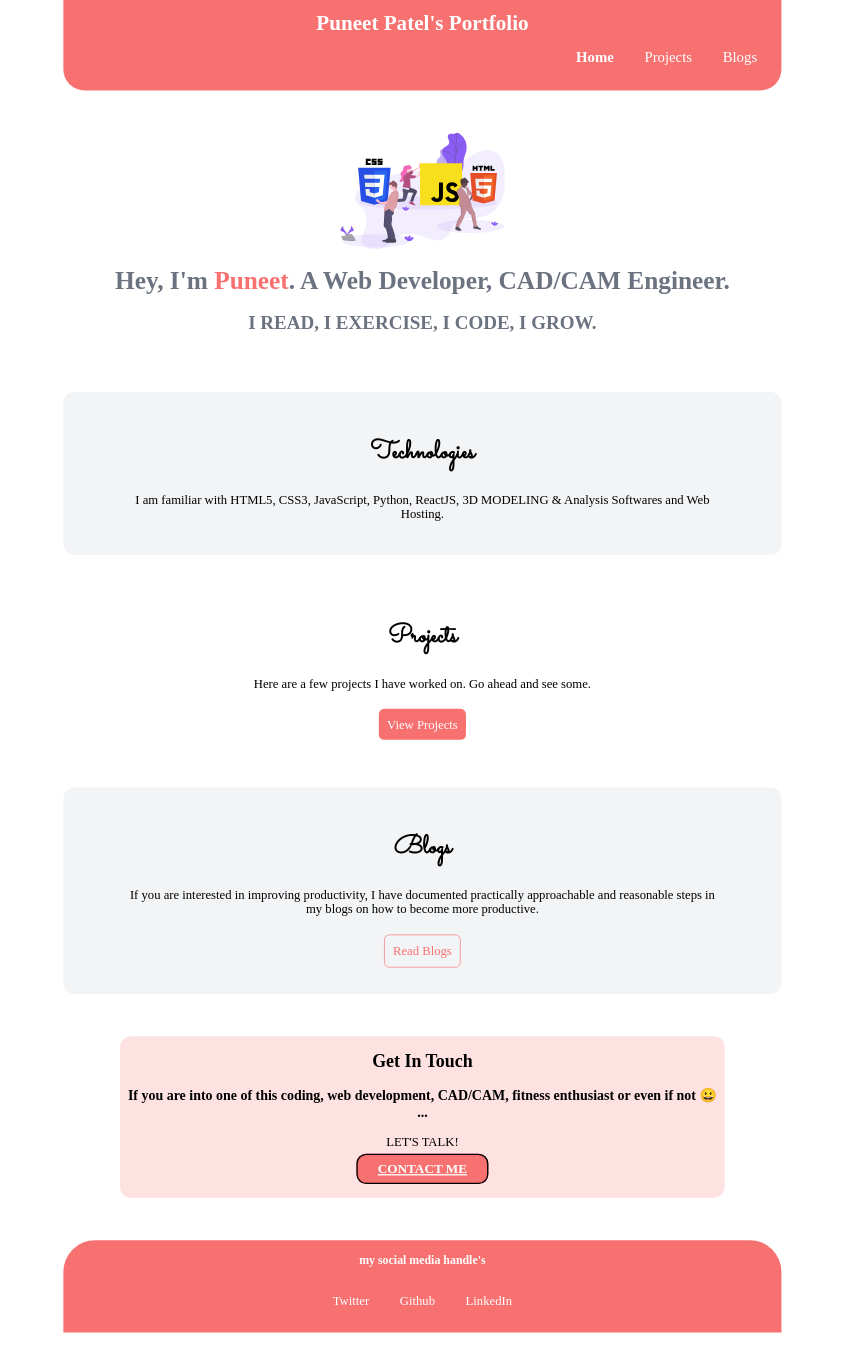
Repository: PuneetP16/Portfolio
Page: index.html
An editor plug-in stored every save of this project. The page is shown before and after the next save, followed by the edit.
The browser window is 1280 px wide. The pictures show the whole page, at 66% of full size.
Some web fonts or font styles are not loaded; a fallback is used.

Above is the page before, as saved 2021-12-10 10:53:30.

After the next save:
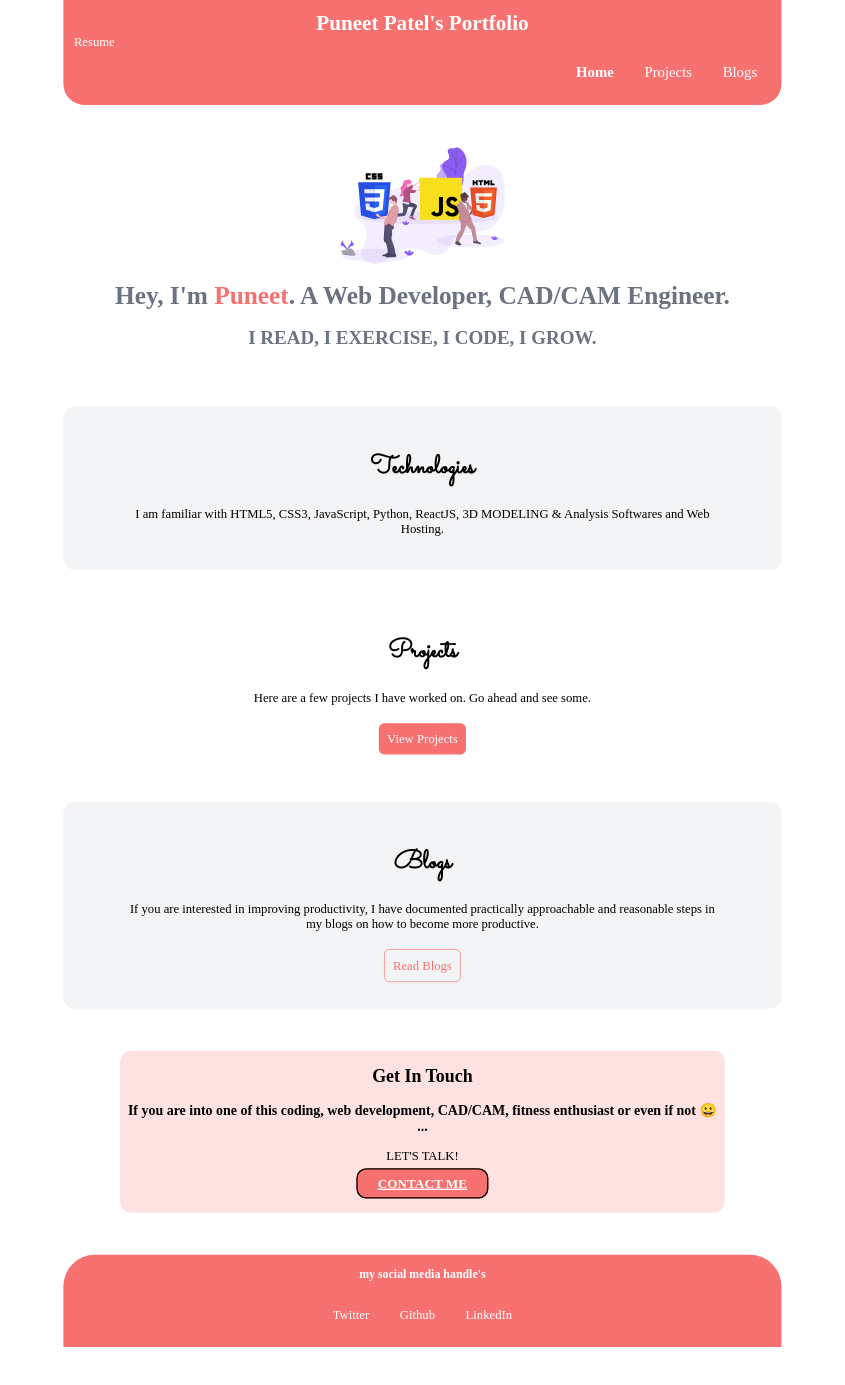
Saved 11 s later.
--- a/index.html
+++ b/index.html
@@ -16,6 +16,7 @@
     <div class="nav-head">
       <a class="link-without-decoration" href="/"> Puneet Patel's Portfolio </a>
     </div>
+    Resume
     <ul class="list-non-bullet nav-pills">
       <li class="list-item-inline">
         <a class="link link-active" href="/">Home</a>

After the save that followed:
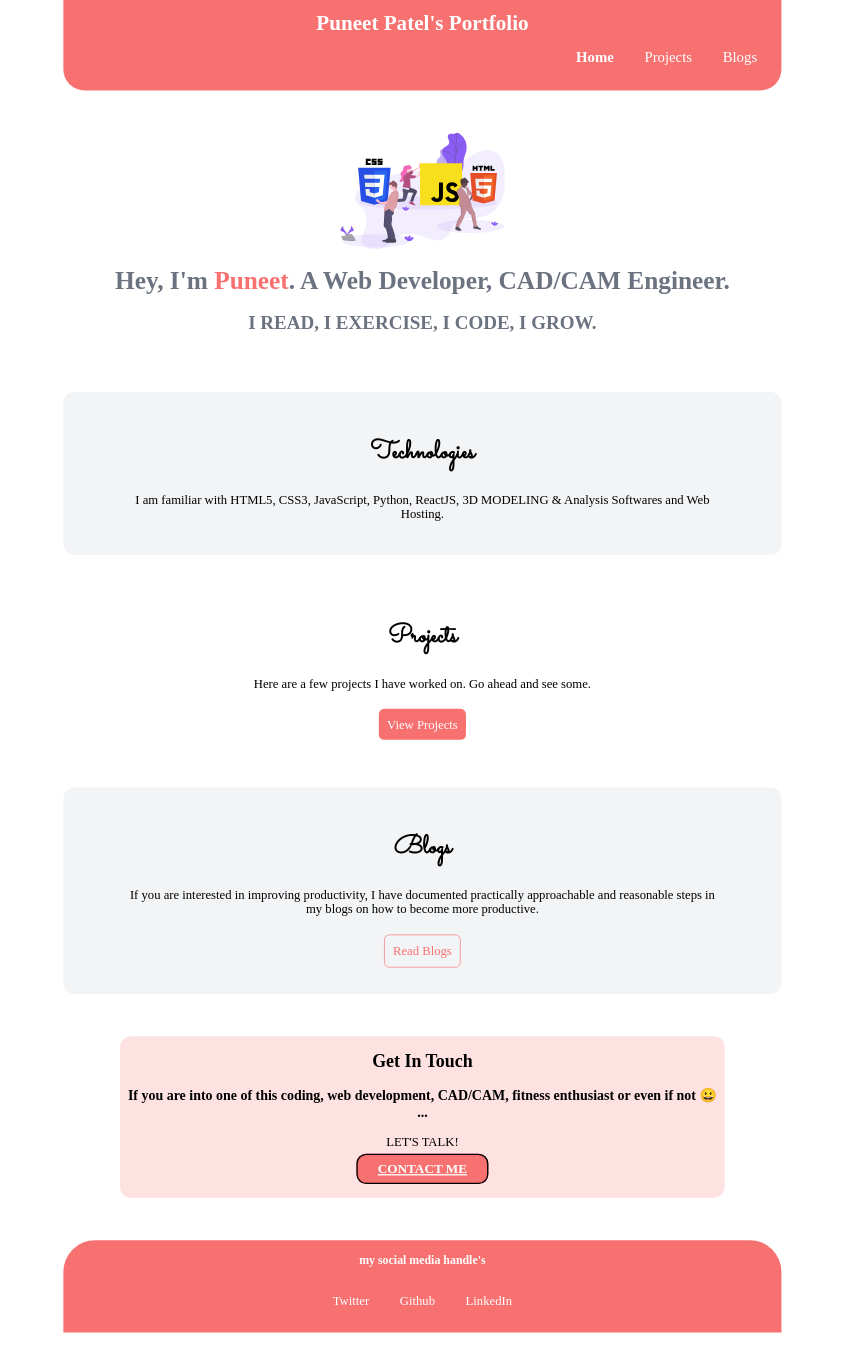
Saved 6 s later.
--- a/index.html
+++ b/index.html
@@ -16,7 +16,6 @@
     <div class="nav-head">
       <a class="link-without-decoration" href="/"> Puneet Patel's Portfolio </a>
     </div>
-    Resume
     <ul class="list-non-bullet nav-pills">
       <li class="list-item-inline">
         <a class="link link-active" href="/">Home</a>
